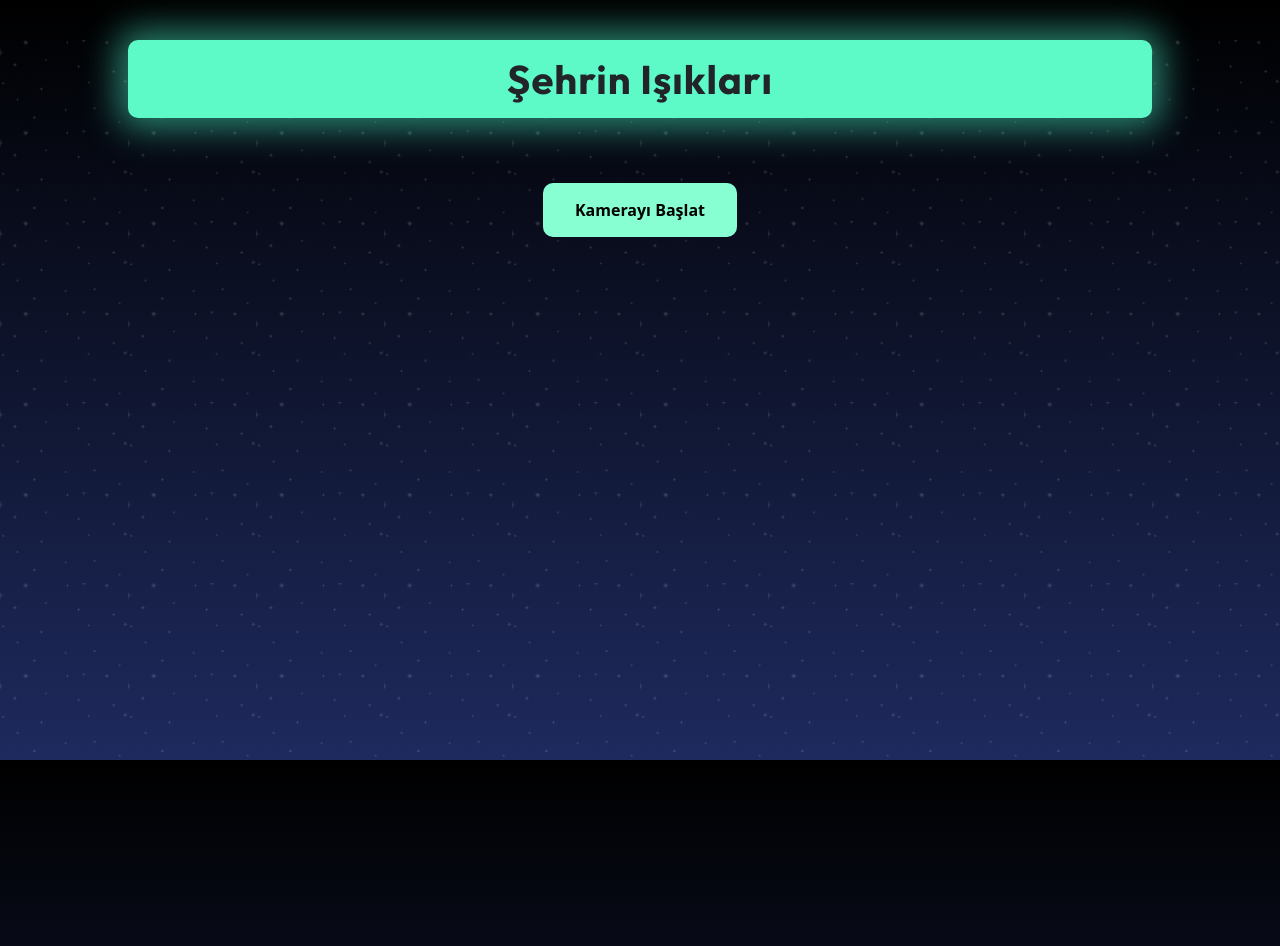
Repository: BiranOrundas/CameraQR
Page: index.html
These files come from the project's save history. The page is drawn as it stood at one moment and after the next save; the edit follows.
The browser window is 1280 px wide. The pictures show the whole page.

Above is the page before, as saved 2024-08-29 15:44:46.

After the next save:
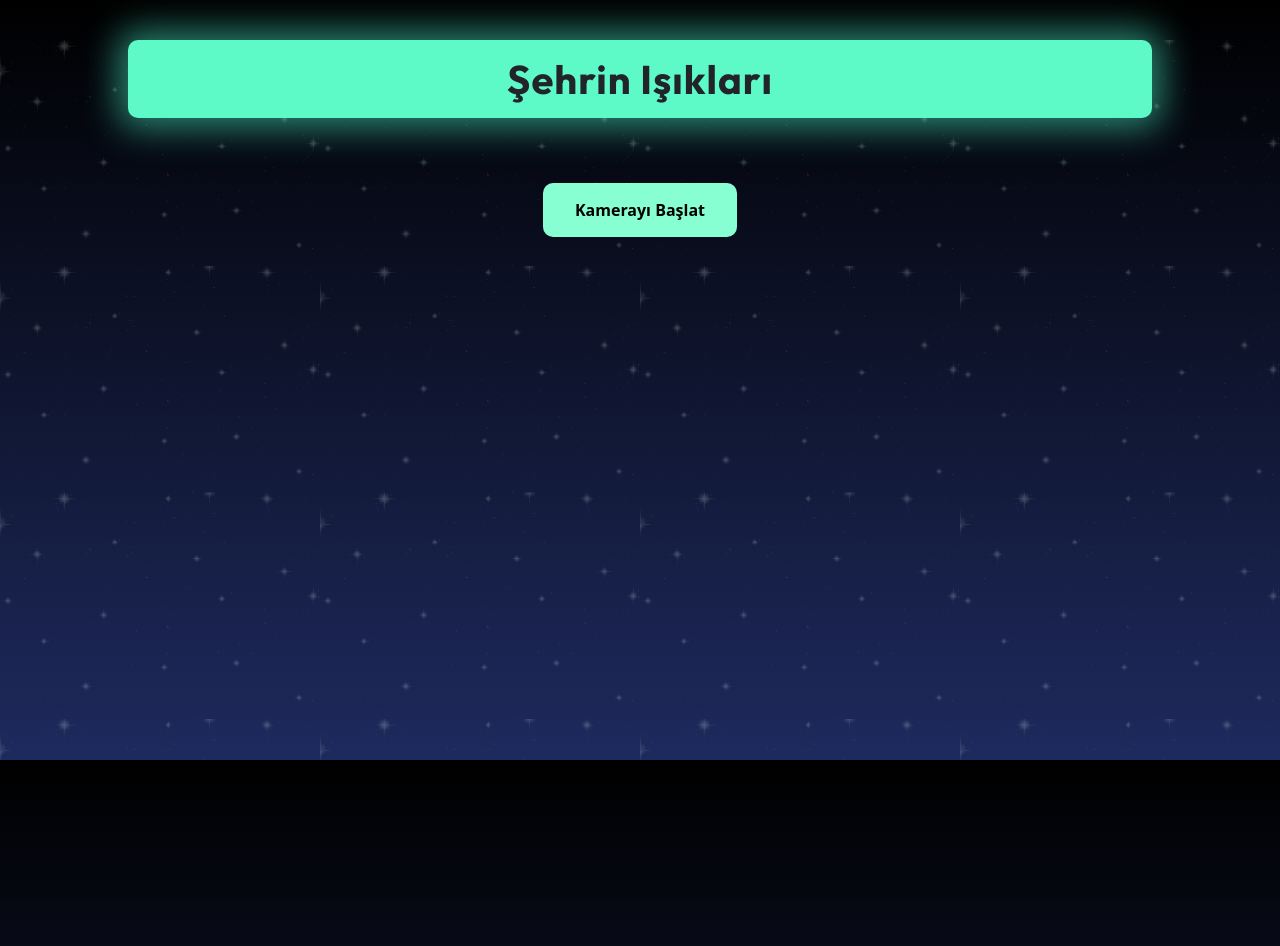
Saved 5 s later.
--- a/style.css
+++ b/style.css
@@ -19,7 +19,7 @@
   z-index: -1;
   opacity: 0.2;
   background-repeat: repeat;
-  background-size: 10%;
+  background-size: 25%;
 }
 
 body{
